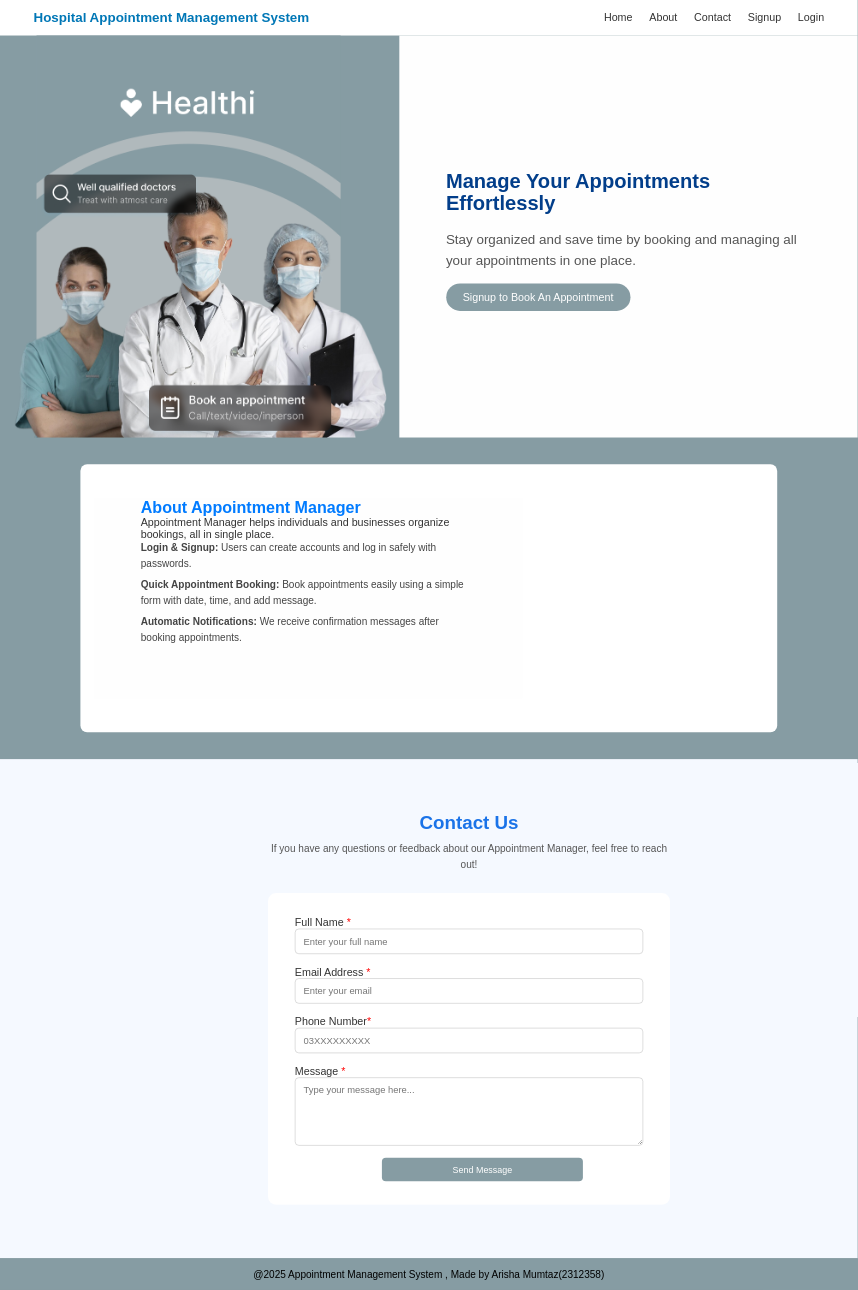
Repository: Arisha004/hospital-management-midterm-
Page: http://localhost/landingpage.html
These files come from the project's save history. The page is drawn as it stood at one moment and after a run of saves; the edit follows.
The browser window is 1280 px wide. The pictures show the whole page, at 67% of full size.
The page is run by PHP 8.4 with error messages shown; the project is at /var/www/html/.

Above is the page before, as saved 2025-11-08 14:29:49.

After the next 2 saves:
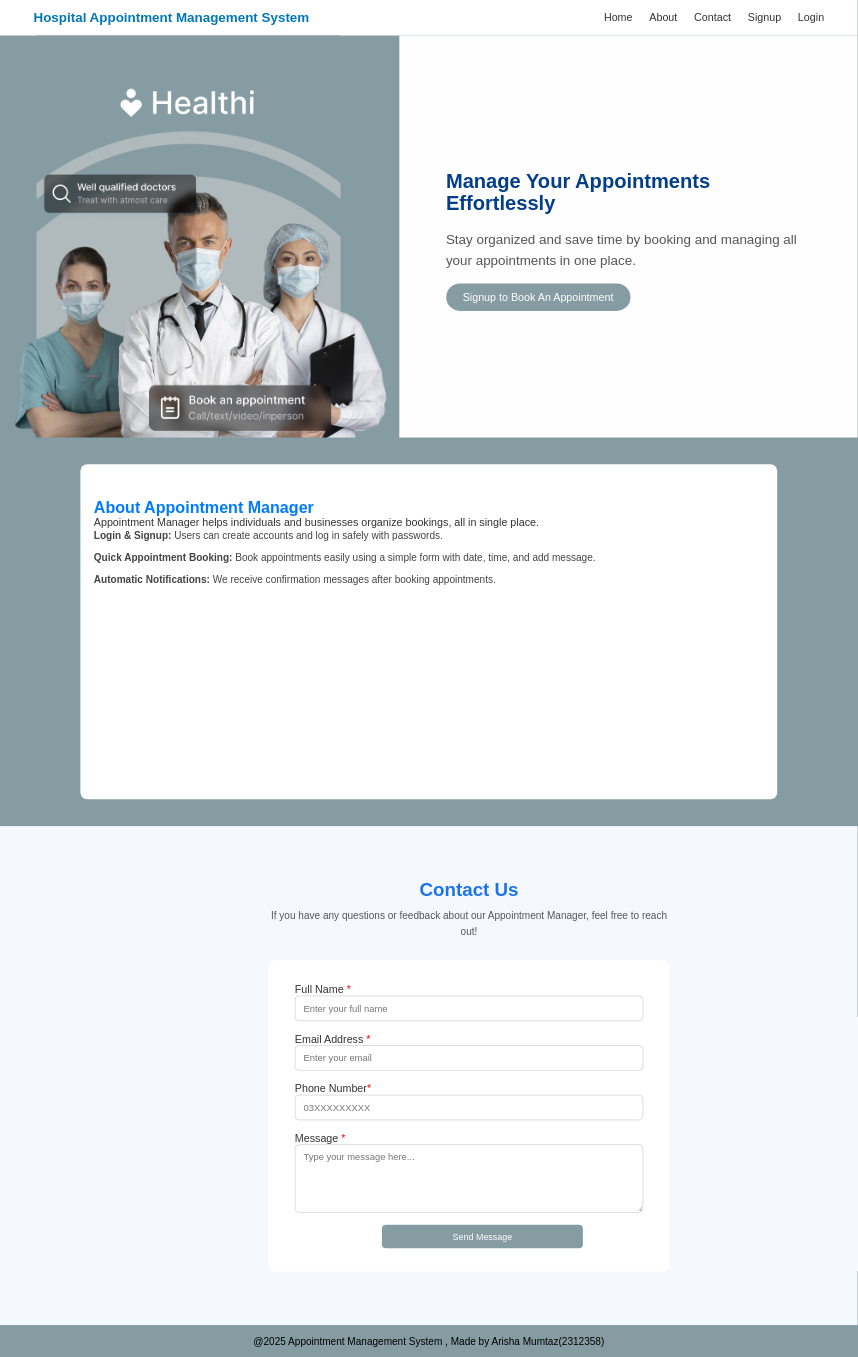
The 2 saves are shown as one change because they came seconds apart.
The last was saved 28 s later.
--- a/style.css
+++ b/style.css
@@ -200,7 +200,7 @@ Its children (e.g., .left and .right) automatically become flex items.flex items
 }
  .landingabout {
   display: flex;
-  height: 300px;
+  height: 400px;
 }
 
 
@@ -219,7 +219,7 @@ Its children (e.g., .left and .right) automatically become flex items.flex items
 }
 
 
-.landing .left,.landingabout .leftabout {
+.landing .left {
 
   width: 50%;
   padding: 0 70px; /*adds 70px space on left and right (inner spacing).*/
